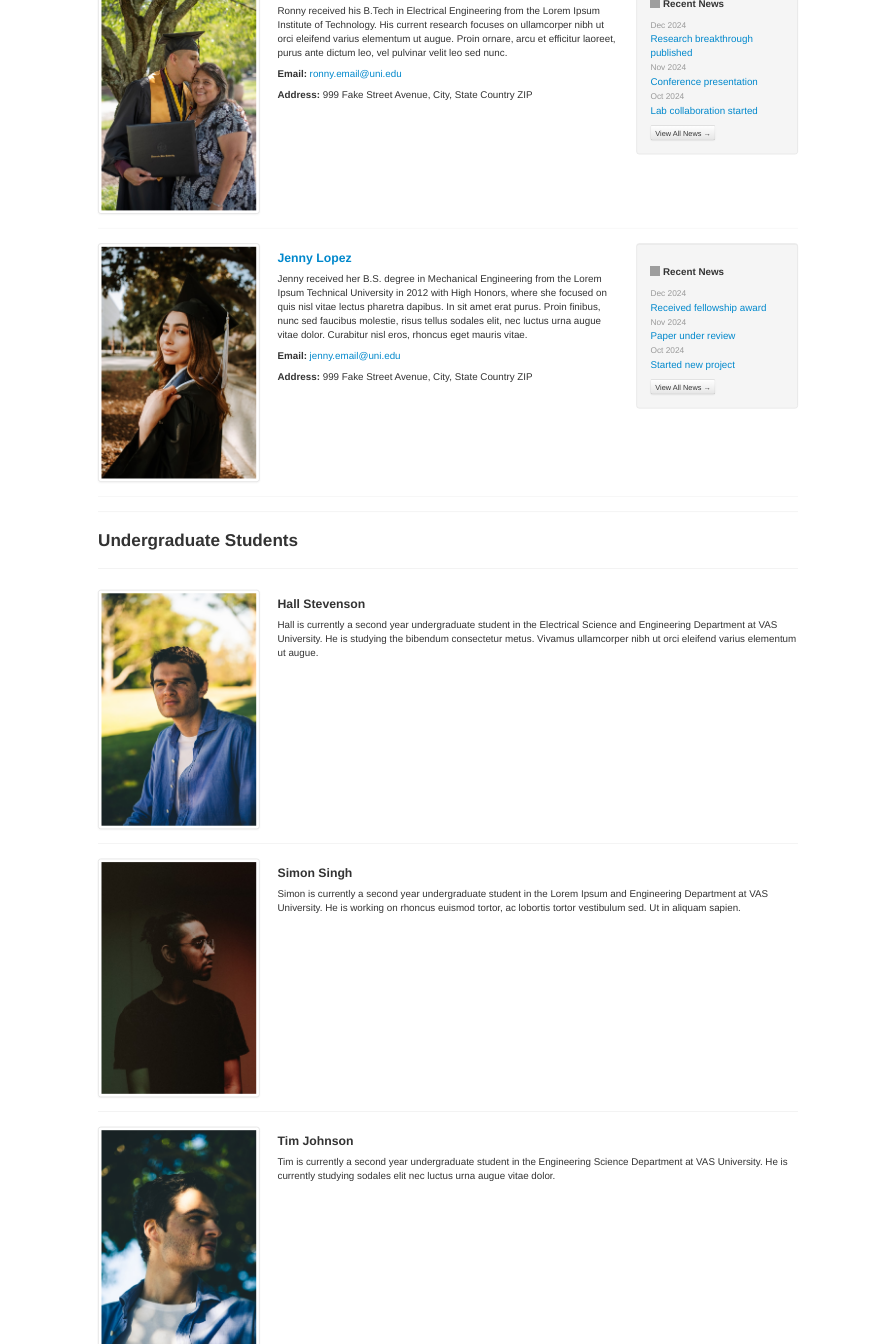
Repository: IAEUC/iaeuc.github.io
Page: people.html
The author's editor kept a copy of each file at every save. The page is drawn from the files as they stood at one save, then again after the next save.
The browser window is 1280 px wide. The pictures show the part of the page from y = 1271 to 3191 px (the page is 5319 px tall), at 70% of full size.
Pictures or frames that could not be fetched are drawn as grey boxes.

Above is the page before, as saved 2025-08-07 17:49:14.

### people.html
<!DOCTYPE html>
<html lang="en">
   <head>
      <meta charset="utf-8">
      <title>People</title>
      <meta name="viewport" content="width=device-width, initial-scale=1.0">
      <meta name="description" content="Research Lab, Home, Velit Aliquet Sagittis University">
      <meta name="author" content="">
      <!-- Le styles -->
      <link href="css/bootstrap.min.css" rel="stylesheet">
      <link href="css/bootstrap-responsive.min.css" rel="stylesheet">
      <link href="css/theme.css" rel="stylesheet">
   </head>
   <body>
      <div class="container">
         <header class="jumbotron subhead" id="overview">
            <p class="lead"> Velit Aliquet Sagittis University </p>
            <h1>Experimental Research Lab</h1>
         </header>
         <div class="masthead">
            <div class="navbar">
               <div class="navbar-inner">
                  <div class="container">
                     <ul class="nav">
                        <li><a href="index.html">Home</a></li>
                        <li class="dropdown active">
                           <a href="#" class="dropdown-toggle" data-toggle="dropdown">People <b class="caret"></b></a>
                           <ul class="dropdown-menu">
                              <li><a href="people.html">All People</a></li>
                              <li><a href="people.html#principalinvestigator">Principal Investigator</a></li>
                              <li><a href="people.html#graduate">Graduate Students</a></li>
                              <li><a href="people.html#undergraduate">Undergraduate Students</a></li>
                           </ul>
                        </li>
                        <li><a href="research.html">Research</a></li>
                        <li><a href="publications.html">Publications</a></li>
                        <li><a href="gallery.html">Gallery</a></li>
                        <li><a href="news.html">News</a></li>
                        <li><a href="teaching.html">Teaching</a></li>
                        <li><a href="contact.html">Contact</a></li>
                     </ul>
                  </div>
               </div>
            </div>
         </div>
         <hr>
         <div class="row-fluid">

            <div class="span12">
               <section id="principalinvestigator">
                  <div class="page-header">
                     <h3>Principal Investigator</h3>
                  </div>
                  <div class="row-fluid">
                     <div class="span3">
                        <a href="https://unsplash.com/photos/aCZ2hiC-iDk" class="thumbnail">
                        <img src="thumbs/prof-photo2.jpg" alt="Joe Smith"/>
                        </a>
                     </div>
                     <div class="span6">
                        <h4>Joe Smith</h4>
                        <p>Assistant Professor of Science and Engineering</p>
                        <p>Ph.D. in Mechanical Engineering, Lorem Ipsum, 2013<br/>M.S. in Mechanical Engineering, HRV, 2011<br/>BASc in Engineering, University of Lorem Ipsum, 2009</p>
                        <p><b>Phone: </b>(999) 999-9999 </p>
                        <p><b>Email: </b><a href="mailto:your.email@uni.edu">your.email@uni.edu</a></p>
                        <p><b>Address: </b>999 Fake Street Avenue, City, State Country ZIP</p>
                        <p><b><a href="https://www.myperfectcv.co.uk/cv-examples/chemistry-lab-technician-cv-sample">CV</a>, <a href="http://scholar.google.com">Google Scholar</a>, <a href="https://www.linkedin.com">Linkedin</a>, <a href="http://www.researchgate.net">ResearchGate</a></b></p>
                     </div>
                     <div class="span3">
                        <div class="well">
                           <h5><i class="icon-bullhorn"></i> Recent News</h5>
                           <ul class="unstyled">
                              <li>
                                 <small class="muted">Dec 2024</small><br/>
                                 <a href="#" class="small">Published new research on lizard communication</a>
                              </li>
                              <li>
                                 <small class="muted">Nov 2024</small><br/>
                                 <a href="#" class="small">Received NSF Research Grant</a>
                              </li>
                              <li>
                                 <small class="muted">Oct 2024</small><br/>
                                 <a href="#" class="small">Presented at International Conference</a>
                              </li>
                              <li>
                                 <small class="muted">Sep 2024</small><br/>
                                 <a href="#" class="small">Featured in Nature Magazine</a>
                              </li>
                           </ul>
                           <a href="news.html" class="btn btn-mini">View All News →</a>
                        </div>
                     </div>
                  </div>
               </section>
               <hr>
               <section id="graduate">
                  <div class="page-header">
                     <h3>Graduate Students</h3>
                  </div>
                  <div class="row-fluid">
                     <div class="span3">
                        <a href="https://unsplash.com/photos/aaaGLiTRqkg" class="thumbnail">
                        <img src="thumbs/jane-carmona.jpg" alt="Jane Carmona"/>
                        </a>
                     </div>
                     <div class="span6">
                        <h4><a href="https://unsplash.com/photos/aaaGLiTRqkg">Jane Carmona</a></h4>
                        <p>Jane received her B.E. in Mechanical Engineering from the Lorem Ipsum University of Lorem Ipsum in 2015 with High Honors. Her current research focuses on metus libero, eleifend sit amet pretium et, porta ac urna. Suspendisse ullamcorper mollis ligula et fermentum. .</p>
                        <p><b>Email: </b><a href="mailto:jane.email@uni.edu">jane.email@uni.edu</a></p>
                        <p><b>Address: </b>999 Fake Street Avenue, City, State Country ZIP</p>
                     </div>
                     <div class="span3">
                        <div class="well">
                           <h5><i class="icon-bullhorn"></i> Recent News</h5>
                           <ul class="unstyled">
                              <li>
                                 <small class="muted">Dec 2024</small><br/>
                                 <a href="#" class="small">Completed thesis defense</a>
                              </li>
                              <li>
                                 <small class="muted">Nov 2024</small><br/>
                                 <a href="#" class="small">Won Best Paper Award</a>
                              </li>
                              <li>
                                 <small class="muted">Oct 2024</small><br/>
                                 <a href="#" class="small">Published in top journal</a>
                              </li>
                           </ul>
                           <a href="news.html" class="btn btn-mini">View All News →</a>
                        </div>
                     </div>
                  </div>
                  <hr>
                  <div class="row-fluid">
                     <div class="span3">
                        <a href="https://unsplash.com/photos/LUdelQ2EO2g" class="thumbnail">
                        <img src="thumbs/ronny-sison.jpg" alt="Ronny Simon"/>
                        </a>
                     </div>
                     <div class="span6">
                        <h4><a href="https://unsplash.com/photos/LUdelQ2EO2g">Ronny Simon</a></h4>
                        <p>Ronny received his B.Tech in Electrical Engineering from the Lorem Ipsum Institute of Technology. His current research focuses on ullamcorper nibh ut orci eleifend varius elementum ut augue. Proin ornare, arcu et efficitur laoreet, purus ante dictum leo, vel pulvinar velit leo sed nunc. </p>
                        <p><b>Email: </b><a href="mailto:ronny.email@uni.edu">ronny.email@uni.edu</a></p>
                        <p><b>Address: </b>999 Fake Street Avenue, City, State Country ZIP</p>
                     </div>
                     <div class="span3">
                        <div class="well">
                           <h5><i class="icon-bullhorn"></i> Recent News</h5>
                           <ul class="unstyled">
                              <li>
                                 <small class="muted">Dec 2024</small><br/>
                                 <a href="#" class="small">Research breakthrough published</a>
                              </li>
                              <li>
                                 <small class="muted">Nov 2024</small><br/>
                                 <a href="#" class="small">Conference presentation</a>
                              </li>
                              <li>
                                 <small class="muted">Oct 2024</small><br/>
                                 <a href="#" class="small">Lab collaboration started</a>
                              </li>
                           </ul>
                           <a href="news.html" class="btn btn-mini">View All News →</a>
                        </div>
                     </div>
                  </div>
                  <hr>
                  <div class="row-fluid">
                     <div class="span3">
                        <a href="https://unsplash.com/photos/nomivMNW07o" class="thumbnail">
                        <img src="thumbs/graduate-1.jpg" alt="Jenny Lopez"/>
                        </a>
                     </div>
                     <div class="span6">
                        <h4><a href="https://unsplash.com/photos/nomivMNW07o">Jenny Lopez</a></h4>
                        <p>Jenny received her B.S. degree in Mechanical Engineering from the Lorem Ipsum Technical University in 2012 with High Honors, where she focused on quis nisl vitae lectus pharetra dapibus. In sit amet erat purus. Proin finibus, nunc sed faucibus molestie, risus tellus sodales elit, nec luctus urna augue vitae dolor. Curabitur nisl eros, rhoncus eget mauris vitae.</p>
                        <p><b>Email: </b><a href="mailto:jenny.email@uni.edu">jenny.email@uni.edu</a></p>
                        <p><b>Address: </b>999 Fake Street Avenue, City, State Country ZIP</p>
                     </div>
                     <div class="span3">
                        <div class="well">
                           <h5><i class="icon-bullhorn"></i> Recent News</h5>
                           <ul class="unstyled">
                              <li>
                                 <small class="muted">Dec 2024</small><br/>
                                 <a href="#" class="small">Received fellowship award</a>
                              </li>
                              <li>
                                 <small class="muted">Nov 2024</small><br/>
                                 <a href="#" class="small">Paper under review</a>
                              </li>
                              <li>
                                 <small class="muted">Oct 2024</small><br/>
                                 <a href="#" class="small">Started new project</a>
                              </li>
                           </ul>
                           <a href="news.html" class="btn btn-mini">View All News →</a>
                        </div>
                     </div>
                  </div>
                  <hr>
               </section>
               <hr>
               <section id="undergraduate">
                  <div class="page-header">
                     <h3>Undergraduate Students</h3>
                  </div>
                  <div class="row-fluid">
                     <div class="span3">
                        <a href="https://unsplash.com/photos/unr5ZqXXvqU" class="thumbnail">
                        <img src="thumbs/undergrad-1.jpg" alt="Hall Stevenson"/>
                        </a>
                     </div>
                     <div class="span9">
                        <h4>Hall Stevenson</h4>
                        <p>Hall is currently a second year undergraduate student in the Electrical Science and Engineering Department at VAS University. He is studying the bibendum consectetur metus. Vivamus ullamcorper nibh ut orci eleifend varius elementum ut augue.</p>
                     </div>
                  </div>
                  <hr>
                  <div class="row-fluid">
                     <div class="span3">
                        <a href="https://unsplash.com/photos/GIy2ly37Kw8" class="thumbnail">
                        <img src="thumbs/graduate-2.jpg" alt="Simon Singh"/>
                        </a>
                     </div>
                     <div class="span9">
                        <h4>Simon Singh</h4>
                        <p>Simon is currently a second year undergraduate student in the Lorem Ipsum and Engineering Department at VAS University. He is working on rhoncus euismod tortor, ac lobortis tortor vestibulum sed. Ut in aliquam sapien. </p>
                     </div>
                  </div>
                  <hr>
                  <div class="row-fluid">
                     <div class="span3">
                        <a href="https://unsplash.com/photos/dju4--IW7Qw" class="thumbnail">
                        <img src="thumbs/graduate-3.jpg" alt="Tim Johnson"/>
                        </a>
                     </div>
                     <div class="span9">
                        <h4>Tim Johnson</h4>
                        <p>Tim is currently a second year undergraduate student in the Engineering Science Department at VAS University. He is currently studying sodales elit nec luctus urna augue vitae dolor. </p>
                     </div>
                  </div>
                  <hr>
                  <div class="row-fluid">
                     <div class="span3">
                        <a href="https://unsplash.com/photos/lEMHg4RFTW8" class="thumbnail">
                        <img src="thumbs/graduate-4.jpg" alt="Simona Alexander"/>
                        </a>
                     </div>
                     <div class="span9">
                        <h4>Simona Alexander</h4>
                        <p>Simona is currently a senior in the Lorem Ipsum Department at VAS. She is studying rhoncus eget mauris vitae, malesuada suscipit neque. Ut congue imperdiet lobortis. </p>
                     </div>
                  </div>
                  <hr>
                  <div class="row-fluid">
                     <div class="span3">
                        <a href="https://unsplash.com/photos/Nyt7CeiNXQw" class="thumbnail">
                        <img src="thumbs/graduate-5.jpg" alt="Zahima Sari"/>
                        </a>
                     </div>
                     <div class="span9">
                        <h4>Zahima Sari</h4>
                        <p>Zahima is currently a third year undergraduate student in the Lorem Ipsum Engineering Department at VAS. She is modling the dynamics tincidunt, odio non suscipit condimentum, neque diam viverra risus, vel tincidunt elit massa eu nulla. </p>
                     </div>
                  </div>
                  <hr>
                  <div class="row-fluid">
                     <div class="span3">
                        <a href="https://unsplash.com/photos/fNZfMhyd8Hs" class="thumbnail">
                        <img src="thumbs/graduate-6.jpg" alt="Alissa Zhi"/>
                        </a>
                     </div>
                     <div class="span9">
                        <h4>Alissa Zhi</h4>
                        <p>Alissa is currently a first year undergraduate student in the Science and Engineering Department at VAS. She is studying techniques to improve tempus pellentesque ex, et sollicitudin nunc faucibus vel. Suspendisse condimentum feugiat arcu, vitae pretium enim tempus eget.</p>
                     </div>
                  </div>
                  <hr>
                  <div class="row-fluid">
                     <div class="span3">
                        <a href="https://unsplash.com/photos/WC7KIHo13Fc" class="thumbnail">
                        <img src="thumbs/graduate-7.jpg" alt="David Tohm"/>
                        </a>
                     </div>
                     <div class="span9">
                        <h4>David Tohm</h4>
                        <p>David is currently a third year undergraduate student in the Science and Engineering Department at VAS. He is studying dui diam, pellentesque vel ullamcorper non, dictum eu tellus.</p>
                     </div>
                  </div>
                  <hr>
                  <div class="row-fluid">
                     <div class="span3">
                        <a href="https://unsplash.com/photos/APmln0DMSac" class="thumbnail">
                        <img src="thumbs/graduate-8.jpg" alt="Jessica Smith"/>
                        </a>
                     </div>
                     <div class="span9">
                        <h4>Jessica Smith</h4>
                        <p>Jessica is currently a second year undergraduate student in the Mechanical Engineering Department at VAS. She is studying Fusce et ullamcorper sapien. Integer tristique magna sed tellus faucibus imperdiet facilisis et quam.</p>
                     </div>
                  </div>
               </section>
            </div>
         </div>
      </div>
      <footer id="footer">
         <div class="container-fluid">
            <div class="row-fluid">
               <div class="span5">
                  <h3>Contact Information</h3>
                  <p><b>Office Hours: </b>Monday-Friday (8.00am - 5.00pm)</p>
                  <p><b>Phone: </b>999-999-9999</p>
                  <p><b>Cell: </b>999-999-9999</p>
                  <a href="mailto:your.email@uni.edu">Email</a>
               </div>
               <div class="span2">
                  <a href="https://mybrandnewlogo.com/"><img src = "thumbs/generic-logo.JPG" alt="research-lab-logo"/></a>
               </div>
               <div class="span5">
                  <h3>Address</h3>
                  <p>9999 Generic Research Laboratory<br>
                     999 Fake Street Avenue<br>
                     City, State<br>
                     Country ZIP
                  </p>
                  <a href="http://maps.google.com/">Show Map</a>
               </div>
            </div>
         </div>
      </footer>

      <!-- Le javascript
         ================================================== -->
      <!-- Placed at the end of the document so the pages load faster -->
      <script src="js/jquery-1.9.1.min.js"></script>
      <script src="js/bootstrap.min.js"></script>
      <script>
         $(document).ready(function() {
             $(document.body).scrollspy({
                 target: "#navparent"
             });
         });

      </script>
   </body>
</html>

Loaded but not shown: css/bootstrap.min.css (library); css/bootstrap-responsive.min.css (library); js/jquery-1.9.1.min.js (library); js/bootstrap.min.js (library); css/theme.css (552 lines, source omitted)

After the next save:
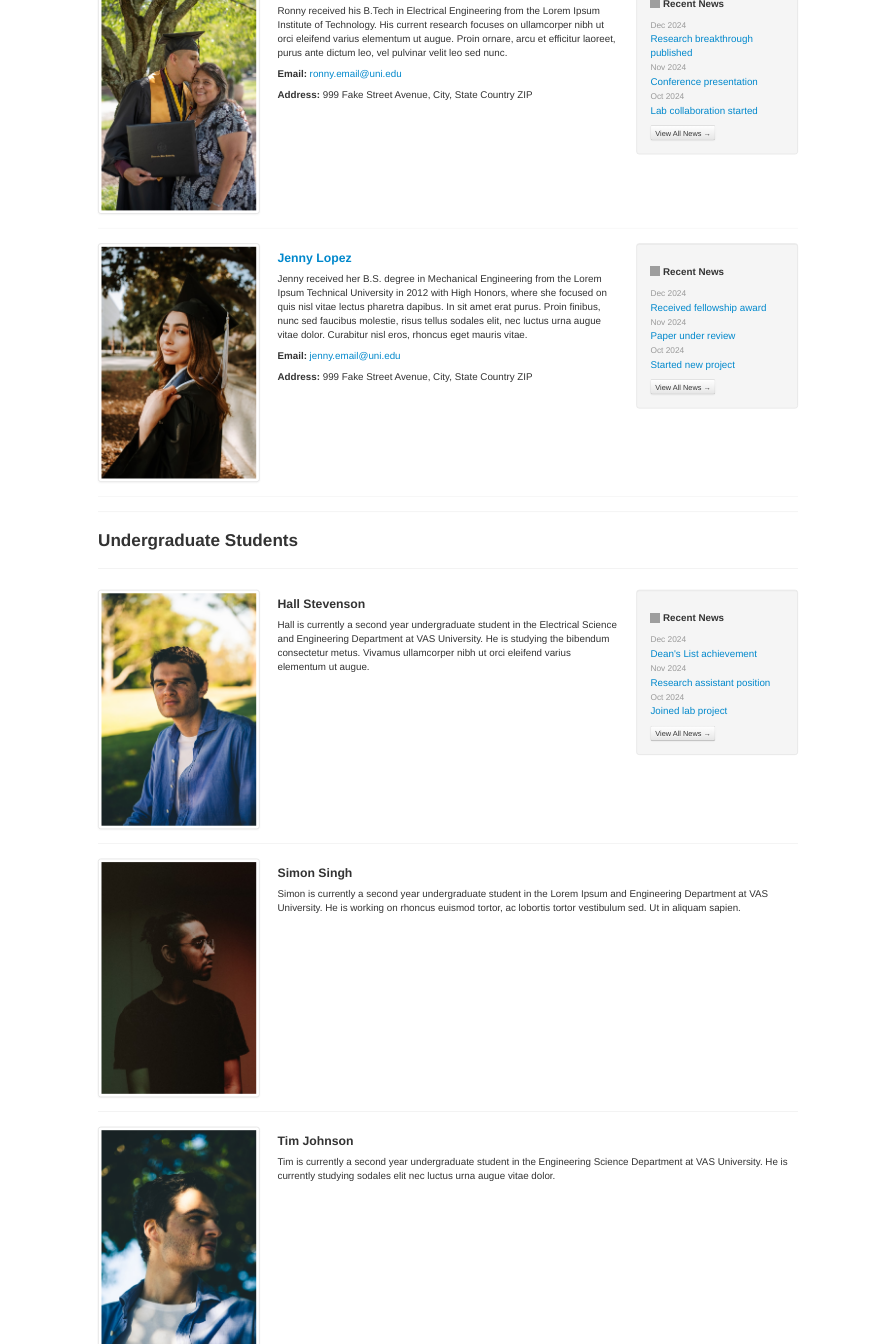
Saved 15 s later.
--- a/people.html
+++ b/people.html
@@ -211,9 +211,29 @@
                         <img src="thumbs/undergrad-1.jpg" alt="Hall Stevenson"/>
                         </a>
                      </div>
-                     <div class="span9">
+                     <div class="span6">
                         <h4>Hall Stevenson</h4>
                         <p>Hall is currently a second year undergraduate student in the Electrical Science and Engineering Department at VAS University. He is studying the bibendum consectetur metus. Vivamus ullamcorper nibh ut orci eleifend varius elementum ut augue.</p>
+                     </div>
+                     <div class="span3">
+                        <div class="well">
+                           <h5><i class="icon-bullhorn"></i> Recent News</h5>
+                           <ul class="unstyled">
+                              <li>
+                                 <small class="muted">Dec 2024</small><br/>
+                                 <a href="#" class="small">Dean's List achievement</a>
+                              </li>
+                              <li>
+                                 <small class="muted">Nov 2024</small><br/>
+                                 <a href="#" class="small">Research assistant position</a>
+                              </li>
+                              <li>
+                                 <small class="muted">Oct 2024</small><br/>
+                                 <a href="#" class="small">Joined lab project</a>
+                              </li>
+                           </ul>
+                           <a href="news.html" class="btn btn-mini">View All News →</a>
+                        </div>
                      </div>
                   </div>
                   <hr>
